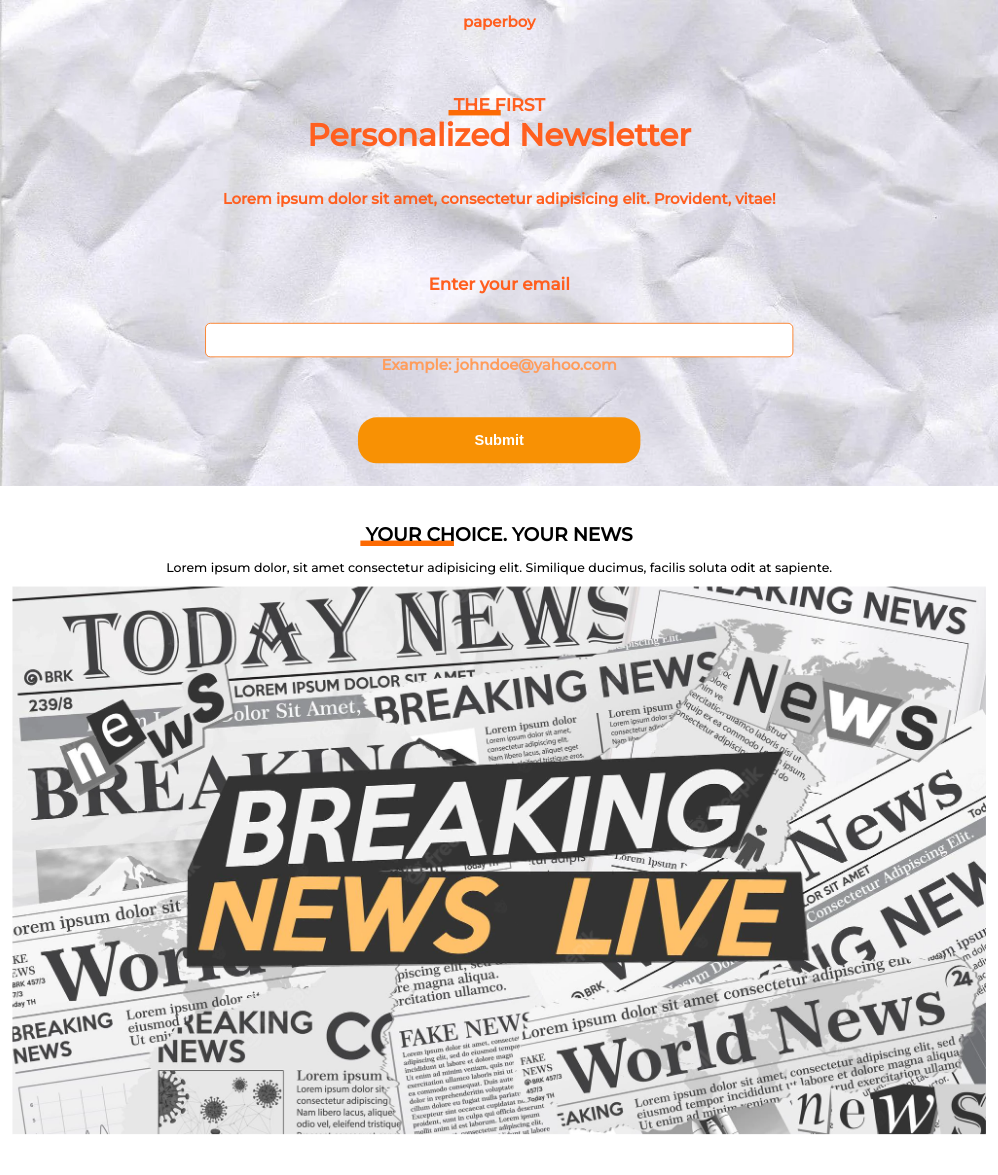
Repository: Gionnn/proiecte
Page: index.html
An editor plug-in stored every save of this project. The page is shown before and after the next save, followed by the edit.
The browser window is 1280 px wide. The pictures show the whole page, at 78% of full size.

Above is the page before, as saved 2022-11-28 14:32:10.

### index.html
<!DOCTYPE html>
<html lang="en">
  <head>
    <meta charset="UTF-8" />
    <meta name="viewport" content="width=device-width, initial-scale=1.0" />
    <meta http-equiv="X-UA-Compatible" content="ie=edge" />
    <link rel="stylesheet" href="css/main.css" />
    <title>Paperboy</title>
  </head>

  <body>
    <div class="hero-bg">
      <section class="top">
        <header>
          <a href="index.html">paperboy</a>
        </header>

        <h1><span>The first </span>Personalized Newsletter</h1>
        <p>
          Lorem ipsum dolor sit amet, consectetur adipisicing elit. Provident,
          vitae!
        </p>
        <div class="form-container">
          <form action="">
            <div class="form-left">
              <label for="email">Enter your email</label>
              <input type="text" name="email" id="email" />
              <p>Example: johndoe@yahoo.com</p>
            </div>
            <input type="button" value="Submit" />
          </form>
        </div>
      </section>
    </div>

    <section class="bottom">
      <div class="right-col">
        <h2>Your choice. Your news</h2>
        <p>
          Lorem ipsum dolor, sit amet consectetur adipisicing elit. Similique
          ducimus, facilis soluta odit at sapiente.
        </p>
        <img src="images/paper.jpeg" alt="Breaking News" />
      </div>
    </section>
  </body>
</html>

### css/main.css
@import url("https://fonts.googleapis.com/css2?family=Montserrat:wght@500&display=swap");

body {
  font-family: "Montserrat", sans-serif;
  margin: 0;
}

.hero-bg {
  background: url("../images/background.jpeg");
  color: #ff5f1f;
  text-align: center;
}

header {
  padding-top: 1em;
}
.hero-bg a {
  color: #ff5f1f;
  text-decoration: none;
  font-weight: bold;
  font-size: 1.2rem;
}

section {
  margin: 0 1em;
}

h1 {
  font-size: 2.5rem;
  margin: 2em 0 1.2em;
}

h1 span {
  text-transform: uppercase;
  display: block;
  font-size: 1.4rem;
  position: relative;
  z-index: 1;
}
h1 span::before {
  content: " ";
  position: absolute;
  width: 3em;
  background: #fc6a03;
  height: 0.3em;
  bottom: 0;
  z-index: -1;
  margin-left: -0.3em;
}
.hero-bg p {
  font-weight: bold;
  margin: 0 1em 3em;
  font-size: 1.2rem;
}
.form-container {
  margin: 2em -1em 0;
  padding: 2em;
}
label {
  color: #ff5f1f;
  font-weight: bold;
  display: block;
  margin-bottom: 1em;
  font-size: 1.5em;
}
input[type="text"] {
  border: 1px solid #fc6a03;
  width: 60%;
  padding: 1em;

  border-radius: 0.5em;
  margin-top: 1.2em;
}
.form-container {
  color: #ff9d5c;
  margin-bottom: 1.5em;
  font-weight: normal;
  font-size: 0.9em;
  margin-top: 0.3em;
}
input[type="button"] {
  background-color: #f89104;
  border: none;
  width: 30%;
  color: white;
  font-weight: bold;
  padding: 1em 0;
  border-radius: 1.3em;
  font-size: 1.3em;
  cursor: pointer;
}

input[type="button"]:hover {
  background-color: #c47508;
}

.bottom {
  margin: 0;
}

.right-col {
  text-align: center;
  margin: 3em 1em;
}

h2 {
  text-transform: uppercase;
  position: relative;
}

h2::before {
  content: " ";
  position: absolute;
  width: 5em;
  background: #fc6a03;
  height: 0.3em;
  bottom: 0;
  z-index: -1;
  margin-left: -0.3em;
}

img {
  width: 100%;
}

p {
  line-height: 1em;
}

@media (min-width: 730px) {
  section {
    margin: 0 4em;
  }
  .form-container {
    margin: 2em -4em 0;
  }
}

@media (min-width: 930px) {
}

After the next save:
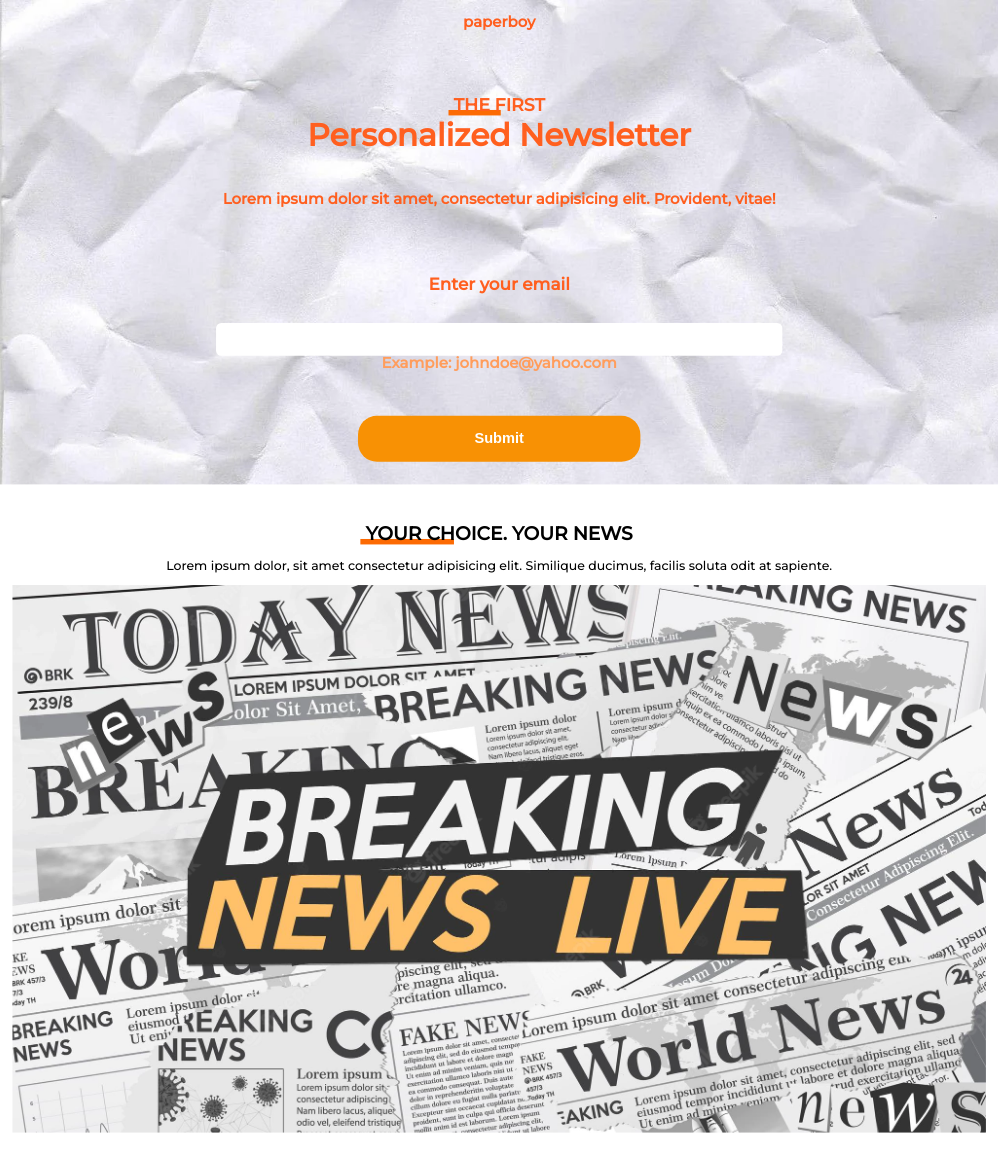
Saved 18 s later.
--- a/css/main.css
+++ b/css/main.css
@@ -64,10 +64,10 @@
   font-size: 1.5em;
 }
 input[type="text"] {
-  border: 1px solid #fc6a03;
+  border: none;
   width: 60%;
   padding: 1em;
-
+  box-sizing: border-box;
   border-radius: 0.5em;
   margin-top: 1.2em;
 }

After the save that followed:
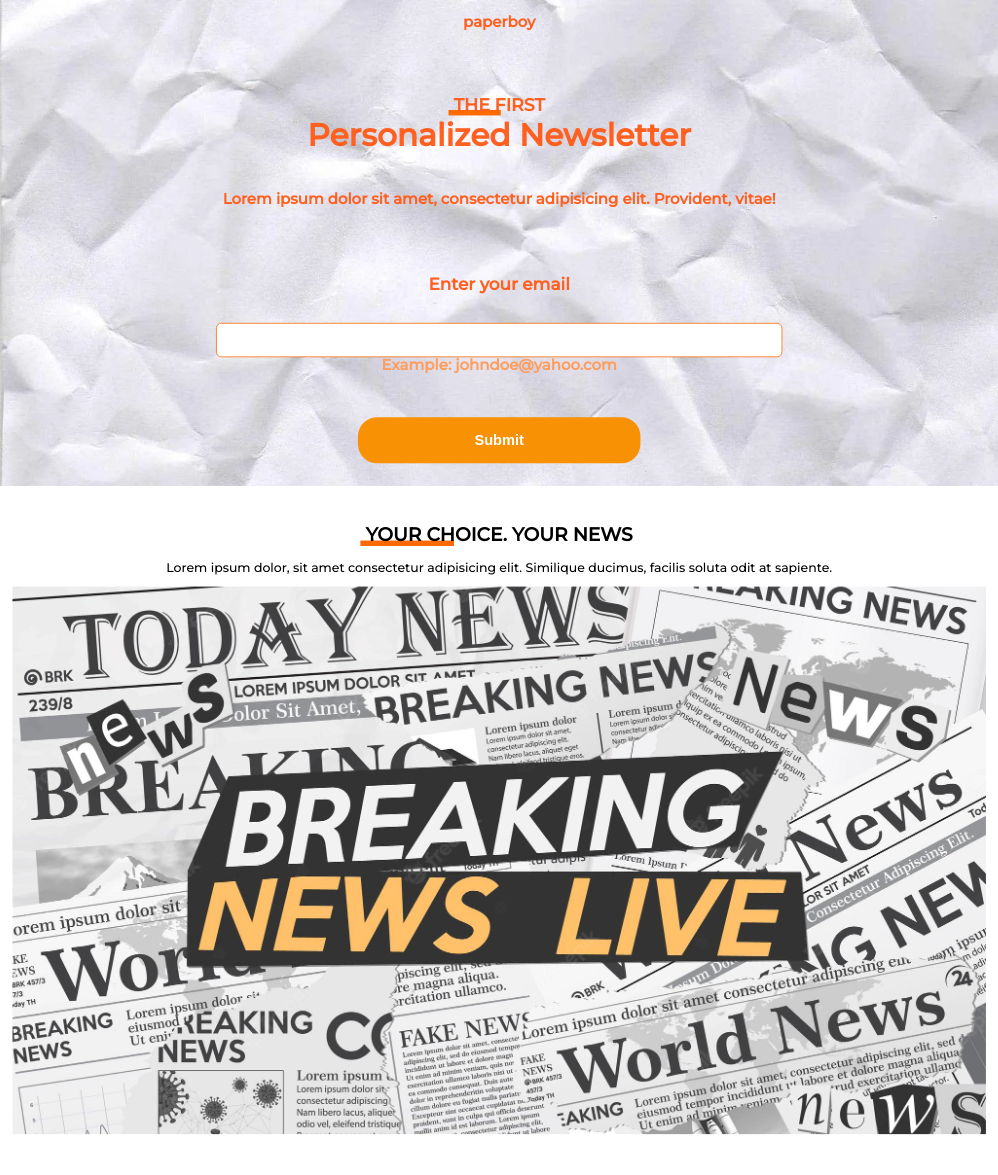
Saved 18 s later.
--- a/css/main.css
+++ b/css/main.css
@@ -64,7 +64,7 @@
   font-size: 1.5em;
 }
 input[type="text"] {
-  border: none;
+  border: 1px solid #fc6a03;
   width: 60%;
   padding: 1em;
   box-sizing: border-box;
